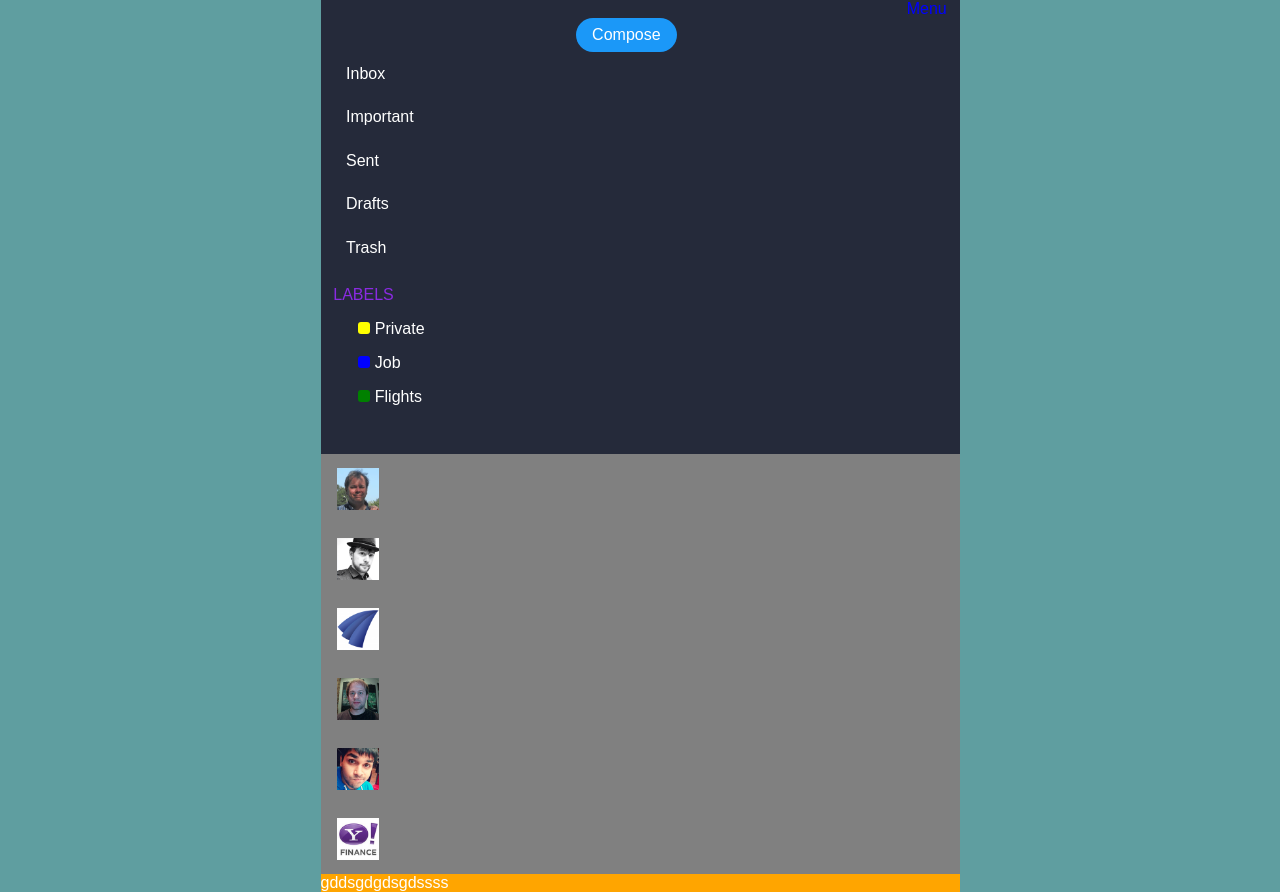
Repository: Gumiin/studia
Page: lesson4/index.html
An editor plug-in stored every save of this project. The page is shown before and after the next save, followed by the edit.
The browser window is 1280 px wide. The pictures show the whole page.

Above is the page before, as saved 2021-04-21 18:01:19.

After the next save:
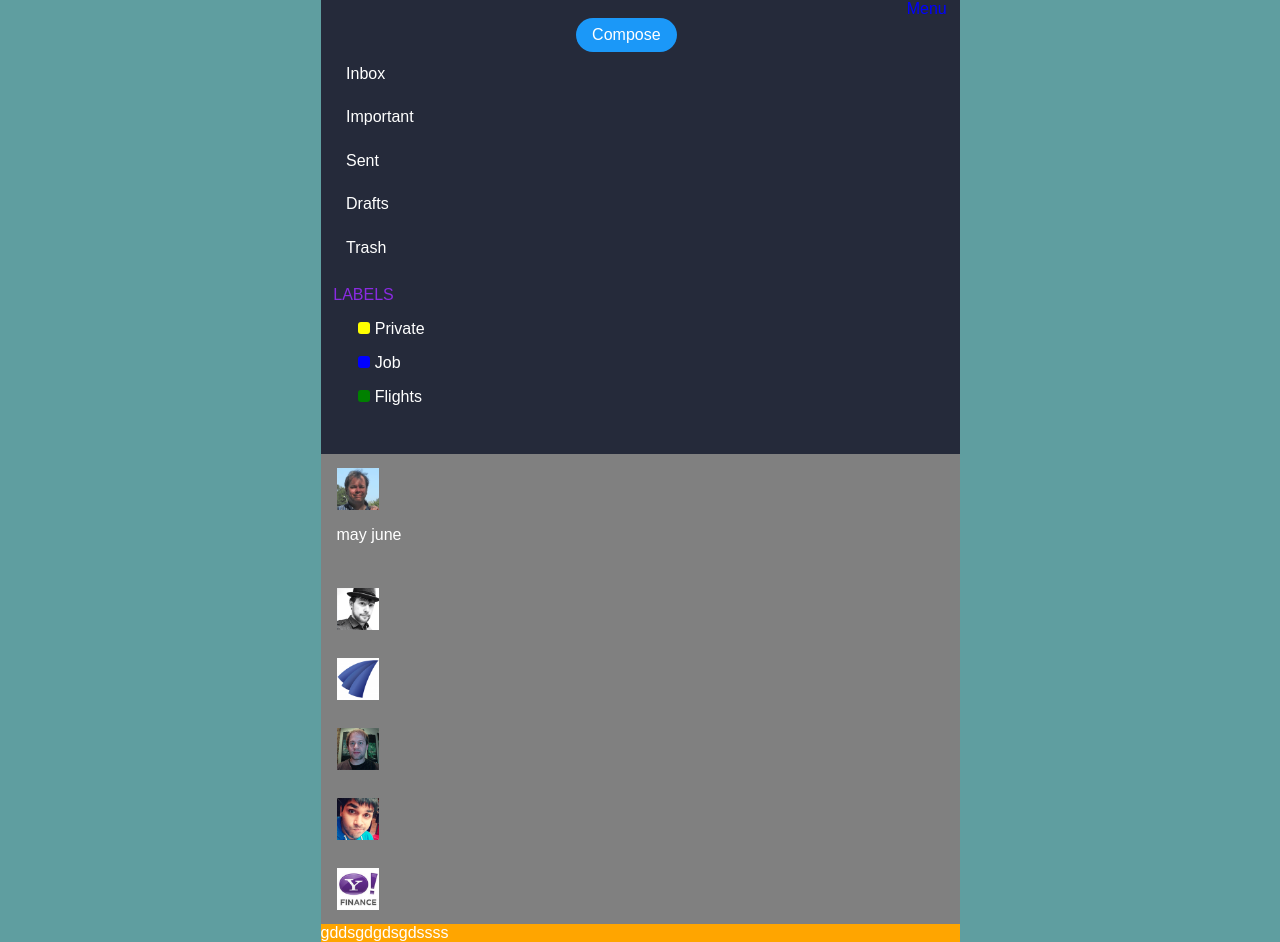
Saved 22 s later.
--- a/lesson4/index.html
+++ b/lesson4/index.html
@@ -41,7 +41,8 @@
                 <img src="/lesson4/webmail/avatary/p1.png" alt="Avatar"/>
             </div>
             <div>
-
+                <p>may june</p>
+                <p></p>
             </div>
         </div>
         <div class="mail">
